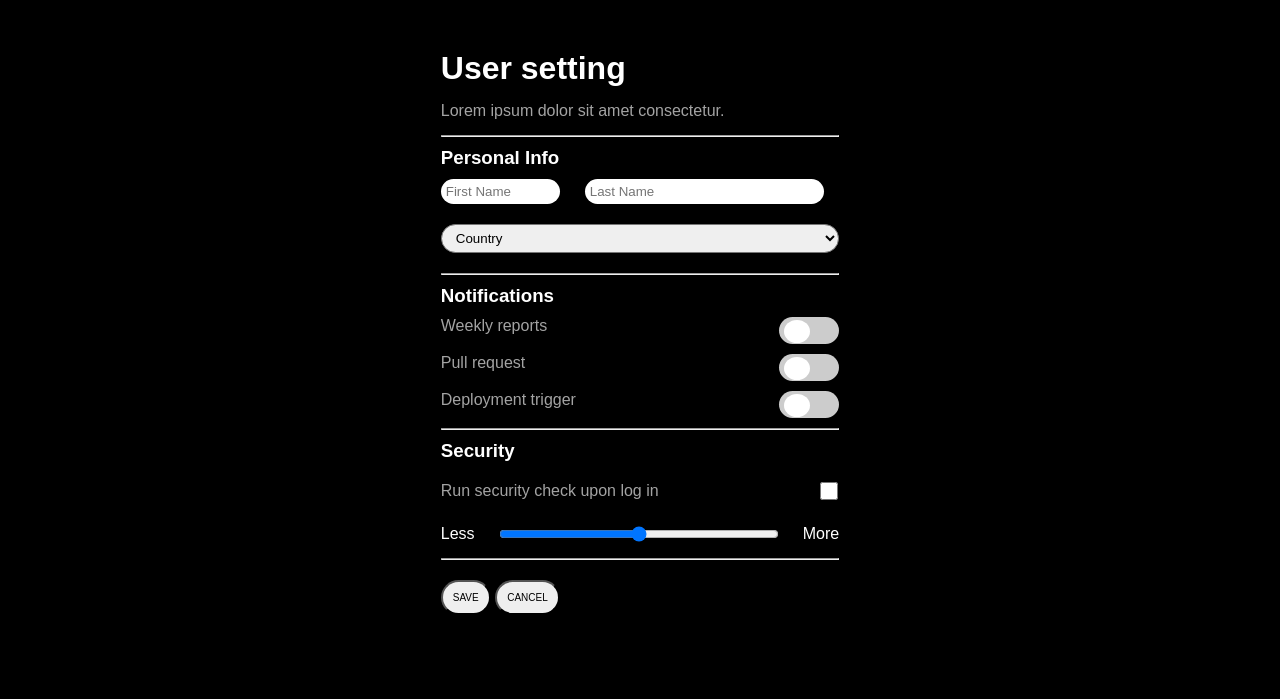
Repository: imokha01/DOM
Page: index.html
These files come from the project's save history. The page is drawn as it stood at one moment and after the next save; the edit follows.
The browser window is 1280 px wide. The pictures show the whole page.

Above is the page before, as saved 2023-12-21 09:56:50.

### index.html
<!DOCTYPE html>
<html lang="en">
  <head>
    <meta charset="UTF-8" />
    <meta name="viewport" content="width=device-width, initial-scale=1.0" />
    <title>Document</title>
    <link rel="stylesheet" href="./index.css" />
  </head>
<body>
  <div class="form_container">
    <form action="#">
      <div>
          <h1>User setting</h1>
          <p id="userPara">Lorem ipsum dolor sit amet consectetur.</p>
      </div>
      <hr>
      <div>
        <h3>Personal Info</h3>
        <input type="text" class="firstName" placeholder="First Name">
        <input type="text" class="lastName" placeholder="Last Name"> <br>
        <select>
            <option value="country" disabled hidden selected>Country</option>
            <option value="Nigeria">Nigeria</option>
            <option value="ghana">Ghana</option>
            <option value="algeria">Algeria</option>
        </select>
        <hr>
        <div>
          <h3>Notifications</h3>
          <div class="weeklyReport">
            <p class="week-para">Weekly reports</p>
            <!-- Rounded switch -->
            <div>
              <label class="switch">
                <input type="checkbox">
               <span class="slider round"></span>
              </label>
            </div>
          </div>
          <div class="pullRequest">
            <p class="pull-para">Pull request</p>
            <!-- Rounded switch -->
            <div>
              <label class="switch">
                <input type="checkbox">
               <span class="slider round"></span>
              </label>
            </div>
          </div>
          <div class="deployment">
            <p class="depoly-para">Deployment trigger</p>
            <!-- Rounded switch -->
            <div>
              <label class="switch">
                <input type="checkbox">
               <span class="slider round"></span>
              </label>
            </div>
          </div>
          <hr>
          <div class="security">
            <h3> Security</h3>
            <div>
              <p id="secu-para">Run security check upon log in</p>
              <input type="checkbox" id="check">
            </div>
            <div>
              <span>Less</span>
              <input type="range" id="range">
              <span> More </span>
            </div>
           <hr>
           <button type="save">SAVE</button>
           <button type="cancel">CANCEL</button
        </div>
        </div>
      </div>
    </form>
  </div>
    <script src="./index.js"></script>
  </body>
</html>

### index.css
* {
    margin: 0;
    padding: 0;
    box-sizing: border-box;
}

body{
    font-family: Arial, Helvetica, sans-serif;
    background-color: black;
}

.form_container {
    display: flex;
    justify-content: center;
    align-items: center;
    margin-top: 50px;
    gap: 2px;
    background-color: black;
    color: while;
}

form {
    color: white;
}

form p {
    color: #a3a3a3
}

#userPara {
    padding: 15px 0;
}

h3 {
    margin: 10px 0;
}

.firstName{
    width: 30%;
    padding: 5px;
    border-radius: 20px;
    margin-right: 20px;
    border: none;
  }

  .lastName {
    width: 60%;
    padding: 5px;
    border-radius: 20px;
    border: none;

}

select {
    width: 100%;
    padding: 5px 10px;
    border-radius: 20px;
    margin: 20px 0;
  }

  option {
    padding: 20px 0;

  }
  .weeklyReport,
  .deployment,
  .pullRequest {
    display: flex;
    justify-content: space-between;
    margin-bottom: 10px;
  }

  .security h3 + div {
    display: flex;
    justify-content: space-between;
    padding: 10px 0;
  }

#check {
  width: 20px;
}

.security div:last-of-type{
    width: 100%;
    display: flex;
    justify-content: space-between;
    padding: 15px 0;
  }

  #range {
    width: 280px;
    background-color: green;

  }

  button {
    padding: 10px;
    border-radius: 20px;
    margin: 20px 0;
    font-size: 10px;

}







/* The switch - the box around the slider */
.switch {
    position: relative;
    display: inline-block;
    width: 60px;
    height: 27px;
  }

  /* Hide default HTML checkbox */
  .switch input {
    opacity: 0;
    width: 0;
    height: 0;
  }

  /* The slider */
  .slider {
    position: absolute;
    cursor: pointer;
    top: 0;
    left: 0;
    right: 0;
    bottom: 0;
    background-color: #ccc;
    -webkit-transition: .4s;
    transition: .4s;
  }

  .slider:before {
    position: absolute;
    content: "";
    height: 23px;
    width: 26px;
    left: 5px;
    bottom: 1px;
    background-color: white;
    -webkit-transition: .4s;
    transition: .4s;
  }

  input:checked + .slider {
    background-color: #2196F3;
  }

  input:focus + .slider {
    box-shadow: 0 0 1px #2196F3;
  }

  input:checked + .slider:before {
    -webkit-transform: translateX(26px);
    -ms-transform: translateX(26px);
    transform: translateX(26px);
  }

  /* Rounded sliders */
  .slider.round {
    border-radius: 34px;
  }

  .slider.round:before {
    border-radius: 50%;
  }

### index.js
// const button = document.getElementsByTagName("button")[0]
// console.log(button)

// button.style.backgroundColor = "skyblue"
// button.style.padding = "20px";
// button.style.border = "none";
// button.style.borderRadius = "10px";
// button.style.fontSize  = "1.5em";
// button.style.color = "red";

// const body = document.querySelector("body")
// body.style.backgroundColor = "lightgreen";

const newDiv = document.createElement("div");
const newContent = document.createTextNode("hey, What is up");
newDiv.appendChild(newContent);
console.log(newDiv)

const button = document.createElement("button")

After the next save:
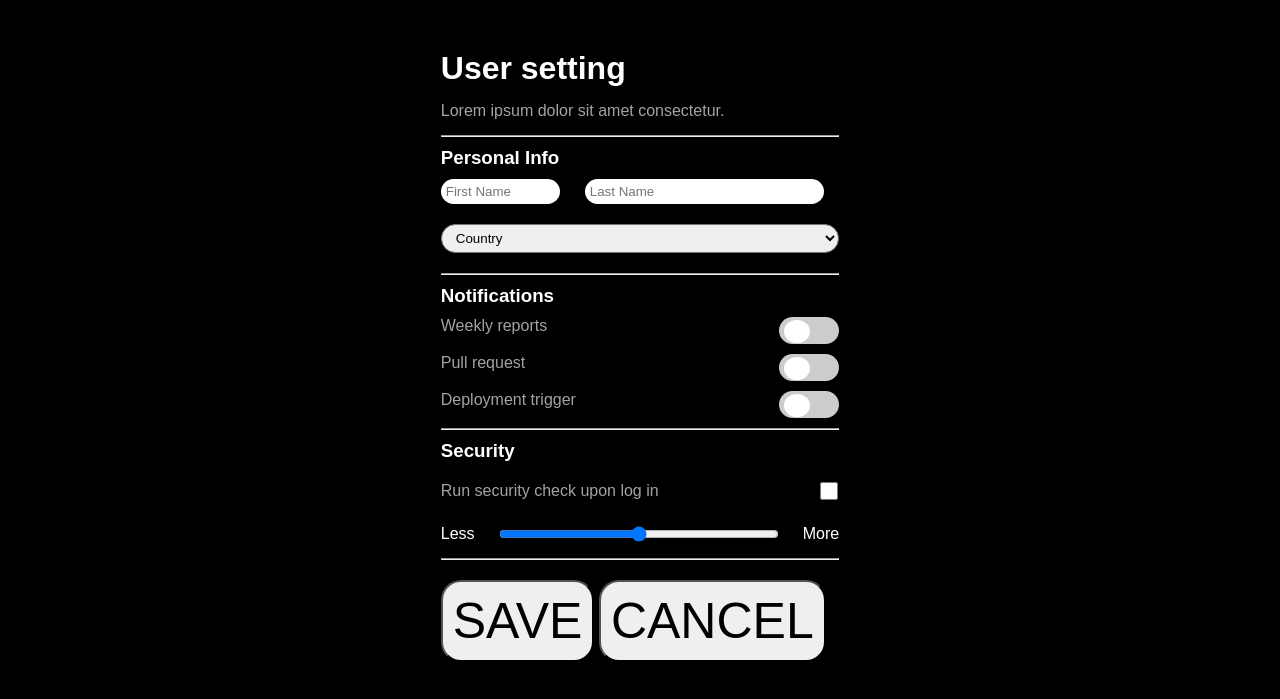
Saved 4 s later.
--- a/index.css
+++ b/index.css
@@ -97,7 +97,7 @@ select {
     padding: 10px;
     border-radius: 20px;
     margin: 20px 0;
-    font-size: 10px;
+    font-size: 50px;
 
 }
 
